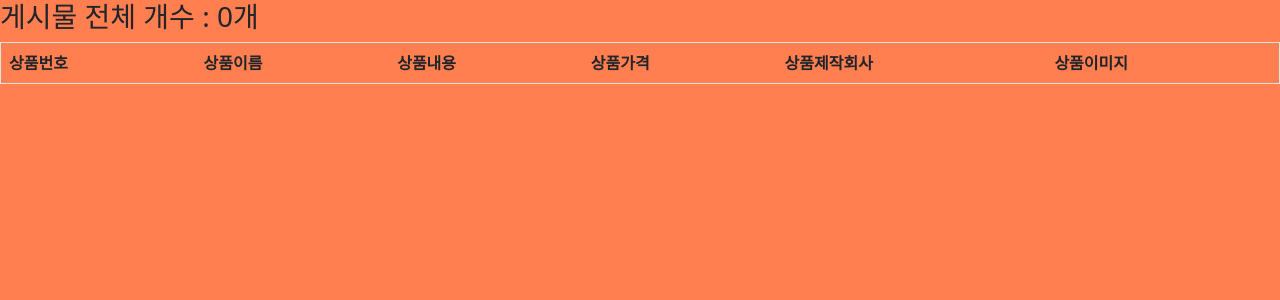
Repository: Hugh-KR/JSP_Project
Page: http://localhost/JSP_Project/product_all.jsp
These files come from the project's save history. The page is drawn as it stood at one moment and after the next save; the edit follows.
The browser window is 1280 px wide. The pictures show the whole page.
The page is served by Tomcat 9. Other server files are loaded and not shown. Queries for data that is not in the repository find no rows.

Above is the page before, as saved 2022-11-08 06:42:06.

### JSP_Project/src/main/webapp/product_all.jsp
<%@page import="db_connect.ProductVO"%>
<%@page import="java.util.ArrayList"%>
<%@page import="db_connect.ProductDAO"%>
<%@ page language="java" contentType="text/html; charset=UTF-8"
	pageEncoding="UTF-8"%>

<%
ProductDAO dao = new ProductDAO();
ArrayList<ProductVO> list = dao.list();
%>
<!DOCTYPE html>
<html>
<head>
<title>Insert title here</title>
<meta charset="UTF-8">
 <meta name="viewport" content="width=device-width, initial-scale=1">
  <link href="https://cdn.jsdelivr.net/npm/bootstrap@5.2.2/dist/css/bootstrap.min.css"
  rel="stylesheet">
  <script src="https://cdn.jsdelivr.net/npm/bootstrap@5.2.2/dist/js/bootstrap.bundle.min.js"></script>

<style type="text/css">
body {background-color: coral;}
</style>
</head>
<body>
	<h3>
		게시물 전체 개수 :
		<%=list.size()%>개
	</h3>

	<table class="table table-hover" border="1">
		<tr>
			<th>상품번호</th>
			<th>상품이름</th>
			<th>상품내용</th>
			<th>상품가격</th>
			<th>상품제작회사</th>
			<th>상품이미지</th>
		</tr>
		<%
		for (ProductVO bag : list) {
		%>
		<tr>
			<td><%=bag.getID()%></td>
			<td><%=bag.getNAME()%></td>
			<td><%=bag.getCONTENT()%></td>
			<td><%=bag.getPRICE()%></td>
			<td><%=bag.getCOMPANY()%></td>
			<td><img src="img/<%=bag.getIMG()%>" width ="100" height="100"></td>
		</tr>
		<%
		} //for
		%>
	</table>

</body>
</html>

### JSP_Project/src/main/java/db_connect/ProductDAO.java
package db_connect;

import java.sql.Connection;
import java.sql.DriverManager;
import java.sql.PreparedStatement;
import java.sql.ResultSet;
import java.util.ArrayList;

import javax.swing.JOptionPane;

public class ProductDAO {

	public ArrayList<ProductVO> list() {

		// vo를 넣어줄 커다란 박스역할을 할 수 부품을 사용 예정
		// 가변길이인 경우 arraylist
		// MemberVO가 많이 들어간 arraylist박스를 하나 만들어줌.
		ArrayList<ProductVO> list = new ArrayList<>();

		// 1. 드라이버 설정- 드라이버(커넥터) 로딩
		try {
			Class.forName("com.mysql.cj.jdbc.Driver");
			// 특정한 위치에 있는 드라이버 파일을 램에 읽어들여 설정
			System.out.println("1. 드라이버 설정 성공.@@@@");

			// 2. db연결 mySQL: school, oracle: xe
			String url = "jdbc:mysql://localhost:3306/mydb";
			String user = "abcd";
			String password = "12345678";
			Connection con = DriverManager.getConnection(url, user, password); // Connection
			System.out.println("2. db연결 성공.@@@@@@");

			// 3. sql문을 만든다.
			String sql = "select * from PRODUCT";
			PreparedStatement ps = con.prepareStatement(sql);

			System.out.println("3. sql문 생성 성공.@@@@@");

			// 4. sql문을 db서버에 보낸다. --> 결과가 어떻게 되었는지 자바프로그램 알려줌.
			ResultSet rs = ps.executeQuery(); // r의 결과는 table, cud는 숫자(실행된row수) //1
			// rs.next() true면 결과가 있음. false면 결과가 없음.
			// System.out.println("4. sql문 db서버로 전송 성공. @@@@@ 반영된 row수 >>" + rs.next());
			while (rs.next()) { // 결과값이 true이면!!
				System.out.println("검색결과가 있음.");
				// 있으면
				// 1. 한 행의 값들을 추출
				// 2. vo를 만들어준다.
				// 3. vo에 추출한 값들을 넣어준다.
				// 4. vo를 list에 넣어준다.
				String id = rs.getString(1); // 컬럼의 순서 1번 id값 추출
				String name = rs.getString(2);
				String content = rs.getString(3);
				int price = rs.getInt(4);
				String company = rs.getString(5);
				String img = rs.getString(6);

				// UI에서 사용자가 검색한 결과를 볼 수 있어야 한다.
				// 4개의 데이터를 UI에게 return!!해주자.
				// 1) 가방을 만들어서,
				ProductVO bag = new ProductVO();
				// 2) 데이터를 넣고,
				bag.setID(id);
				bag.setNAME(name);
				bag.setCONTENT(content);
				bag.setPRICE(price);
				bag.setCOMPANY(company);
				bag.setIMG(img);

				list.add(bag);
				// 3) return하자.(전달)
			} // while
			System.out.println("box(list)에 들어간 가방의 갯수>> " + list.size());
			// db처리와 관련된 메모리 할당된 것 해제시켜주자.
			ps.close();
			con.close();
			rs.close();
		} catch (Exception e) {
			e.printStackTrace();
		}
		// 메서드의 처리를 다 끝내고, 결과를 보내줘라는 개념. 맨 끝에 써야함.
		return list;
	} // list

	// 기능하나만 메서드 하나 구현(검색 1명 기능-row 1개)
	public int login(MemberVO bag) {
		// 전달된 값 제대로 전달되었는지 확인하는 습관이 좋음.
		System.out.println(bag);

		// 1. 드라이버 설정- 드라이버(커넥터) 로딩
		// db의 유형, 버전에 따라 매우 많음.
		// 필요할 때 다운로드 받아 써야 함.
		int result = 0; // 0인 경우, 실패라고 하자.!

		try {
			Class.forName("com.mysql.cj.jdbc.Driver");
			// 특정한 위치에 있는 드라이버 파일을 램에 읽어들여 설정
			System.out.println("1. 드라이버 설정 성공.@@@@");

			// 2. db연결 mySQL: school, oracle: xe
			String url = "jdbc:mysql://localhost:3306/mydb";
			String user = "abcd";
			String password = "12345678";
			Connection con = DriverManager.getConnection(url, user, password); // Connection
			System.out.println("2. db연결 성공.@@@@@@");

			// 3. sql문을 만든다.
			String sql = "select * from member where id = ? and pw = ?"; // 1, 2번 2개의 물음표 번호
			PreparedStatement ps = con.prepareStatement(sql);
			ps.setString(1, bag.getId()); // 1번 물음표에 id에 저장해놓은 값을 스트링으로 넣어줘!
			ps.setString(2, bag.getPw());
			System.out.println("3. sql문 생성 성공.@@@@@");

			// 4. sql문을 db서버에 보낸다. --> 결과가 어떻게 되었는지 자바프로그램 알려줌.
			ResultSet rs = ps.executeQuery(); // r의 결과는 table, cud는 숫자(실행된row수) //1
			// rs.next() true면 결과가 있음. false면 결과가 없음.
			// System.out.println("4. sql문 db서버로 전송 성공. @@@@@ 반영된 row수 >>" + rs.next());
			if (rs.next()) { // 결과값이 true이면!!
				System.out.println("검색결과가 있음.");
				result = 1;
				// 3) return하자.(전달)
			}
			// db처리와 관련된 메모리 할당된 것 해제시켜주자.
			ps.close();
			con.close();
			rs.close();
		} catch (Exception e) {
			e.printStackTrace();
		}
		// 메서드의 처리를 다 끝내고, 결과를 보내줘라는 개념. 맨 끝에 써야함.
		return result;
	} // login

	// 기능하나만 메서드 하나 구현(검색 1명 기능-row 1개)
	public MemberVO one(String id) {
		// 전달된 값 제대로 전달되었는지 확인하는 습관이 좋음.
		System.out.println(id);

		// 1. 드라이버 설정- 드라이버(커넥터) 로딩
		// db의 유형, 버전에 따라 매우 많음.
		// 필요할 때 다운로드 받아 써야 함.
		MemberVO bag = null; // 쓰레기값!!--> 변수 초기화시켜주어야함.!

		try {
			Class.forName("com.mysql.cj.jdbc.Driver");
			// 특정한 위치에 있는 드라이버 파일을 램에 읽어들여 설정
			System.out.println("1. 드라이버 설정 성공.@@@@");

			// 2. db연결 mySQL: school, oracle: xe
			String url = "jdbc:mysql://localhost:3306/mydb";
			String user = "abcd";
			String password = "12345678";
			Connection con = DriverManager.getConnection(url, user, password); // Connection
			System.out.println("2. db연결 성공.@@@@@@");

			// 3. sql문을 만든다.
			String sql = "select * from member where id = ?";
			PreparedStatement ps = con.prepareStatement(sql);
			ps.setString(1, id); // 1번 물음표에 id에 저장해놓은 값을 스트링으로 넣어줘!
			System.out.println("3. sql문 생성 성공.@@@@@");
			// String site = "http://www.naver.com";
			// Url url = new Url(site); //객체화!!

			// 4. sql문을 db서버에 보낸다. --> 결과가 어떻게 되었는지 자바프로그램 알려줌.
			ResultSet rs = ps.executeQuery(); // r의 결과는 table, cud는 숫자(실행된row수) //1
			// rs.next() true면 결과가 있음. false면 결과가 없음.
			// System.out.println("4. sql문 db서버로 전송 성공. @@@@@ 반영된 row수 >>" + rs.next());
			if (rs.next()) { // 결과값이 true이면!!
				System.out.println("검색결과가 있음.");
				String id2 = rs.getString(1); // 컬럼의 순서 1번 id값 추출
				String pw = rs.getString("pw");
				String name = rs.getString(3);
				String tel = rs.getString(4);
				System.out.println("검색한 결과>>" + id2 + " " + pw + " " + name + " " + tel);

				// UI에서 사용자가 검색한 결과를 볼 수 있어야 한다.
				// 4개의 데이터를 UI에게 return!!해주자.
				// 1) 가방을 만들어서,
				bag = new MemberVO();
				// 2) 데이터를 넣고,
				bag.setId(id2);
				bag.setPw(pw);
				bag.setName(name);
				bag.setTel(tel);

				// 3) return하자.(전달)
			}
			// db처리와 관련된 메모리 할당된 것 해제시켜주자.
			ps.close();
			con.close();
			rs.close();
		} catch (Exception e) {
			e.printStackTrace();
		}
		// 메서드의 처리를 다 끝내고, 결과를 보내줘라는 개념. 맨 끝에 써야함.
		return bag;
	} // one

	// 기능하나만 메서드 하나 구현(등록기능)
	public void insert(ProductVO bag) { // String id
		System.out.println(bag); // toString()호출, 가방에 들어있는 값들이 프린트
		// 자바에서 DBMS를 연결하려고 함.
		// JDBC 프로그래밍 절차
		// 4단계 절차
		// 1. 드라이버 설정- 드라이버(커넥터) 로딩
		// db의 유형, 버전에 따라 매우 많음.
		// 필요할 때 다운로드 받아 써야 함.
		try {
			Class.forName("com.mysql.cj.jdbc.Driver");
			// 특정한 위치에 있는 드라이버 파일을 램에 읽어들여 설정
			System.out.println("1. 드라이버 설정 성공.@@@@");

			// 2. db연결 mySQL: school, oracle: xe
			String url = "jdbc:mysql://localhost:3306/mydb";
			String user = "abcd";
			String password = "12345678";
			Connection con = DriverManager.getConnection(url, user, password); // Connection
			System.out.println("2. db연결 성공.@@@@@@");

			// 3. sql문을 만든다.
			String sql = "insert into PRODUCT values (?, ?, ?, ?, ?, ?)";
			// 준비된 문장(Preparedstatement)
			PreparedStatement ps = con.prepareStatement(sql);
			ps.setString(1, bag.getID() ); // 1번 물음표에 id에 저장해놓은 값을 스트링으로 넣어줘!
			ps.setString(2, bag.getNAME()); // 2번 물음표에 pw에 저장해놓은 값을 스트링으로 넣어줘!
			ps.setString(3, bag.getCONTENT()); // 3번 물음표에 name에 저장해놓은 값을 스트링으로 넣어줘!
			ps.setInt(4, bag.getPRICE()); // 4번 물음표에 tel에 저장해놓은 값을 스트링으로 넣어줘!
			ps.setString(5, bag.getCOMPANY()); // 4번 물음표에 tel에 저장해놓은 값을 스트링으로 넣어줘!
			ps.setString(6, bag.getIMG()); // 4번 물음표에 tel에 저장해놓은 값을 스트링으로 넣어줘!
			System.out.println("3. sql문 생성 성공.@@@@@");
			// String site = "http://www.naver.com";
			// Url url = new Url(site); //객체화!!

			// 4. sql문을 db서버에 보낸다. --> 결과가 어떻게 되었는지 자바프로그램 알려줌.
			String result2 = "실패";
			try {
				int result = ps.executeUpdate(); // r의 결과는 table, cud는 숫자(실행된row수) //1
				System.out.println("4. sql문 db서버로 전송 성공. @@@@@ 반영된 row수 >>" + result);
				if (result == 1) {
					result2 = "성공";
				}
			} catch (Exception e) {
				System.out.println("상품등록시 에러발생");
				e.printStackTrace(); //에러정보 프린트
			}
			JOptionPane.showMessageDialog(null, result2);  //컴파일 에러
			ps.close();
			con.close();
		} catch (Exception e) {
			e.printStackTrace();
		}
	} // insert

	// 기능하나만 메서드 하나 구현(탈퇴기능)
	public void delete(ProductVO bag) {
		// 자바에서 DBMS를 연결하려고 함.
		// JDBC 프로그래밍 절차
		// 4단계 절차
		// 1. 드라이버 설정- 드라이버(커넥터) 로딩
		// db의 유형, 버전에 따라 매우 많음.
		// 필요할 때 다운로드 받아 써야 함.
		try {
			Class.forName("com.mysql.cj.jdbc.Driver");
			// 특정한 위치에 있는 드라이버 파일을 램에 읽어들여 설정
			System.out.println("1. 드라이버 설정 성공.@@@@");

			// 2. db연결 mySQL: school, oracle: xe
			String url = "jdbc:mysql://localhost:3306/mydb";
			String user = "abcd";
			String password = "12345678";
			Connection con = DriverManager.getConnection(url, user, password); // Connection
			System.out.println("2. db연결 성공.@@@@@@");

			// 3. sql문을 만든다.
			String sql = "delete from PRODUCT where id = ?";
			// 준비된 문장(Preparedstatement)
			PreparedStatement ps = con.prepareStatement(sql);

			ps.setString(1, bag.getID()); // 1번 물음표에 id에 저장해놓은 값을 스트링으로 넣어줘!
			System.out.println("3. sql문 생성 성공.@@@@@");
			// String site = "http://www.naver.com";
			// Url url = new Url(site); //객체화!!

			// 4. sql문을 db서버에 보낸다. --> 결과가 어떻게 되었는지 자바프로그램 알려줌.
			int result = ps.executeUpdate(); // r의 결과는 table, cud는 숫자(실행된row수) //1
			System.out.println("4. sql문 db서버로 전송 성공. @@@@@ 반영된 row수 >>" + result);

			ps.close();
			con.close();
		} catch (Exception e) {
			e.printStackTrace();
		}

	} // delete

	public void update(ProductVO bag) {
		// 자바에서 DBMS를 연결하려고 함.
		// JDBC 프로그래밍 절차
		// 4단계 절차
		// 1. 드라이버 설정- 드라이버(커넥터) 로딩
		// db의 유형, 버전에 따라 매우 많음.
		// 필요할 때 다운로드 받아 써야 함.
		try {
			Class.forName("com.mysql.cj.jdbc.Driver");
			// 특정한 위치에 있는 드라이버 파일을 램에 읽어들여 설정
			System.out.println("1. 드라이버 설정 성공.@@@@");

			// 2. db연결 mySQL: school, oracle: xe
			String url = "jdbc:mysql://localhost:3306/mydb";
			String user = "abcd";
			String password = "12345678";
			Connection con = DriverManager.getConnection(url, user, password); // Connection
			System.out.println("2. db연결 성공.@@@@@@");

			// 3. sql문을 만든다.
			String sql = "UPDATE PRODUCT SET content=?  WHERE id=?";
			// 준비된 문장(Preparedstatement)
			PreparedStatement ps = con.prepareStatement(sql);

			ps.setString(1, bag.getCONTENT()); // 1번 물음표에 id에 저장해놓은 값을 스트링으로 넣어줘!
			ps.setString(2, bag.getID()); // 1번 물음표에 id에 저장해놓은 값을 스트링으로 넣어줘!
			System.out.println("3. sql문 생성 성공.@@@@@");
			// String site = "http://www.naver.com";
			// Url url = new Url(site); //객체화!!

			// 4. sql문을 db서버에 보낸다. --> 결과가 어떻게 되었는지 자바프로그램 알려줌.
			int result = ps.executeUpdate(); // r의 결과는 table, cud는 숫자(실행된row수) //1
			System.out.println("4. sql문 db서버로 전송 성공. @@@@@ 반영된 row수 >>" + result);

			ps.close();
			con.close();
		} catch (Exception e) {
			e.printStackTrace();
		}

	} // update

} // class

After the next save:
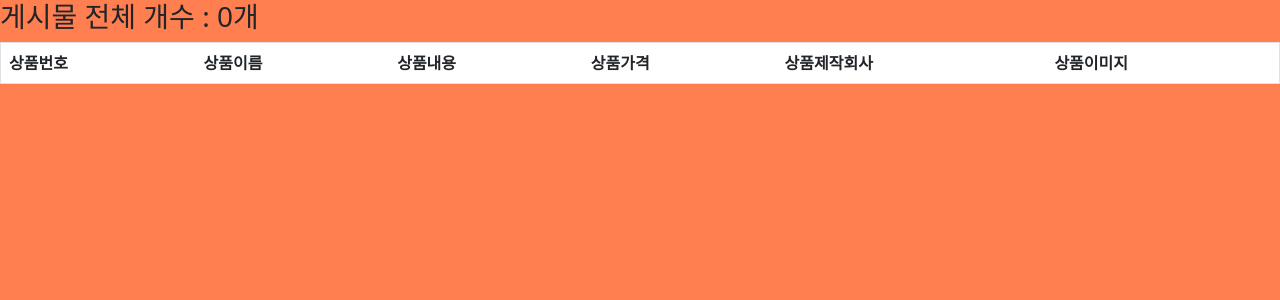
Saved 40 s later.
--- a/JSP_Project/src/main/webapp/product_all.jsp
+++ b/JSP_Project/src/main/webapp/product_all.jsp
@@ -20,6 +20,7 @@
 
 <style type="text/css">
 body {background-color: coral;}
+table {background-color: white;}
 </style>
 </head>
 <body>

After the 3 saves that followed:
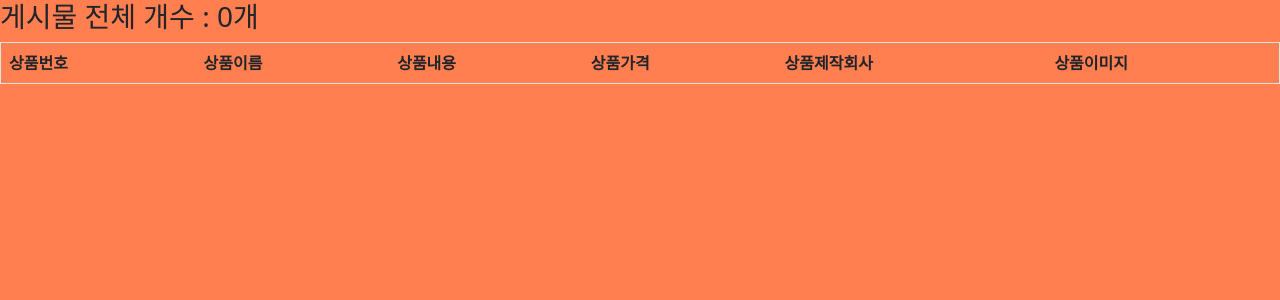
The 3 saves are shown as one change because 2 left the picture as it was.
The last was saved 2 min 10 s later.
--- a/JSP_Project/src/main/webapp/product_all.jsp
+++ b/JSP_Project/src/main/webapp/product_all.jsp
@@ -20,7 +20,8 @@
 
 <style type="text/css">
 body {background-color: coral;}
-table {background-color: white;}
+
+th {background-color: black;}
 </style>
 </head>
 <body>
